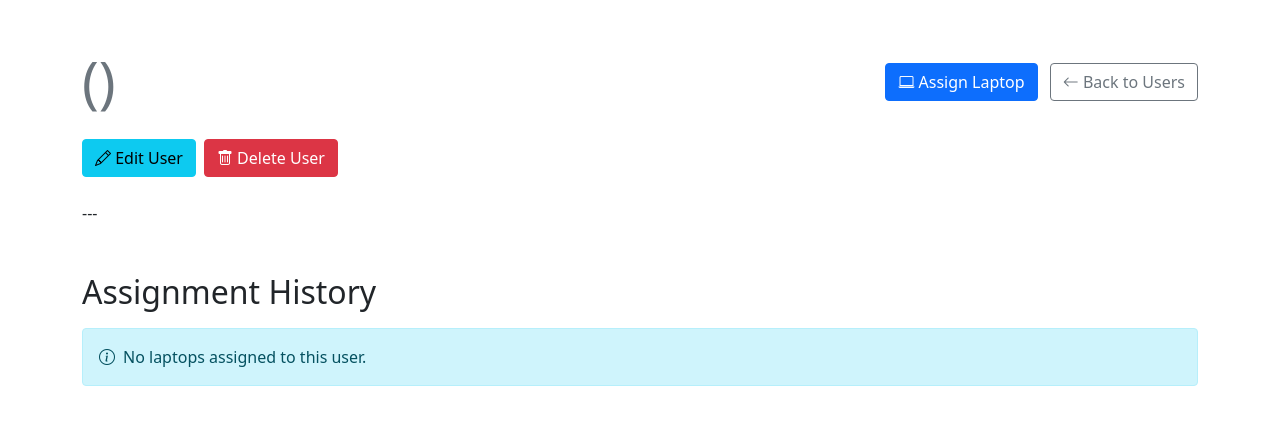
Repository: RishabhSpark/asset-management
Page: app/templates/user_detail.html
An editor plug-in stored every save of this project. The page is shown before and after the next save, followed by the edit.
The browser window is 1280 px wide. The pictures show the whole page.
The page is served by the project's application, run on Flask 3 (app/main.py). Other server files are loaded and not shown. The template is opened directly, without the code that normally fills it, so the values that code supplies are empty.

Above is the page before, as saved 2025-06-11 16:53:36.

### app/templates/user_detail.html
<!DOCTYPE html>
<html lang="en">
  <head>
    <meta charset="UTF-8" />
    <meta name="viewport" content="width=device-width, initial-scale=1.0" />
    <title>User Details</title>
    <link
      href="https://cdn.jsdelivr.net/npm/bootstrap@5.0.2/dist/css/bootstrap.min.css"
      rel="stylesheet"
      integrity="sha384-EVSTQN3/azprG1Anm3QDgpJLIm9Nao0Yz1ztcQTwFspd3yD65VohhpuuCOmLASjC"
      crossorigin="anonymous"
    />
    <link
      href="https://cdn.jsdelivr.net/npm/bootstrap-icons@1.5.0/font/bootstrap-icons.css"
      rel="stylesheet"
    />
  </head>
  <body>
    <div class="container mt-5">
      <div class="d-flex justify-content-between align-items-center mb-4">
        <h1 class="display-4 mb-0">
          {{ user.name }} <span class="text-muted">({{ user.email }})</span>
        </h1>
        <div>
          <a href="{{ url_for('assign_laptop') }}" class="btn btn-primary me-2">
            <i class="bi bi-laptop"></i> Assign Laptop
          </a>
          <a href="{{ url_for('users') }}" class="btn btn-outline-secondary">
            <i class="bi bi-arrow-left"></i> Back to Users
          </a>
        </div>
      </div>

      <div class="d-flex mb-4">
        <a
          href="{{ url_for('edit_user', user_id=user.id) }}"
          class="btn btn-info me-2"
        >
          <i class="bi bi-pencil"></i> Edit User
        </a>
        <form
          method="post"
          action="{{ url_for('delete_user_route', user_id=user.id) }}"
          class="d-inline"
        >
          <button
            type="submit"
            class="btn btn-danger"
            onclick="return confirm('Are you sure you want to delete this user? This action cannot be undone.');"
          >
            <i class="bi bi-trash"></i> Delete User
          </button>
        </form>
      </div>

      ---

      <h2 class="mt-5 mb-3">Assignment History</h2>
      {% if assignments %}
      <div class="list-group shadow-sm mb-4">
        {% for assignment in assignments %}
        <div
          class="list-group-item d-flex flex-column flex-md-row justify-content-between align-items-start align-items-md-center"
        >
          <div class="flex-grow-1 mb-2 mb-md-0">
            <p class="fw-bold mb-1">
              <i class="bi bi-laptop-fill me-2"></i>Laptop ID:
              <span class="text-primary">{{ assignment.laptop_item_id }}</span>
              {% if assignment.laptop_item %} (<span class="text-secondary"
                >{{ assignment.laptop_item.laptop_model }}</span
              >
              -
              <span class="text-muted"
                >{{ assignment.laptop_item.laptop_serial_number }}</span
              >){% endif %}
            </p>
            <small class="text-muted d-block"
              ><i class="bi bi-calendar-event me-1"></i>Assigned at: {{
              assignment.assigned_at }}</small
            >
            {% if assignment.unassigned_at %}
            <small class="text-muted d-block"
              ><i class="bi bi-calendar-x me-1"></i>Unassigned at: {{
              assignment.unassigned_at }}</small
            >
            {% endif %}
          </div>
          <div class="btn-group" role="group" aria-label="Assignment Actions">
            <form
              method="post"
              action="{{ url_for('unassign_laptop_route', assignment_id=assignment.id) }}"
              class="d-inline"
            >
              <button type="submit" class="btn btn-sm btn-warning me-1">
                <i class="bi bi-arrow-bar-left"></i> Unassign
              </button>
            </form>
            {% if not assignment.unassigned_at %}
            <form
              method="get"
              action="{{ url_for('replace_device', assignment_id=assignment.id) }}"
              class="d-inline"
            >
              <button type="submit" class="btn btn-sm btn-secondary">
                <i class="bi bi-arrow-repeat"></i> Replace Device
              </button>
            </form>
            {% endif %}
          </div>
        </div>
        {% endfor %}
      </div>
      {% else %}
      <div class="alert alert-info" role="alert">
        <i class="bi bi-info-circle me-2"></i>No laptops assigned to this user.
      </div>
      {% endif %}
    </div>

    <script
      src="https://cdn.jsdelivr.net/npm/bootstrap@5.0.2/dist/js/bootstrap.bundle.min.js"
      integrity="sha384-MrcW6ZMFYlzcLA8Nl+NtUVF0sA7MsXsP1UyJoMp4YLEuNSfAP+JcXn/tWtIaxVXM"
      crossorigin="anonymous"
    ></script>
  </body>
</html>

### db/database.py
from sqlalchemy import create_engine, Column, Integer, String, Float, ForeignKey, Boolean
from sqlalchemy.ext.declarative import declarative_base
from sqlalchemy.orm import relationship, sessionmaker
import os

Base = declarative_base()
DATABASE_URL = "sqlite:///invoices_database.db"

engine = create_engine(DATABASE_URL, echo=True)
SessionLocal = sessionmaker(bind=engine)

class LaptopInvoice(Base):
    __tablename__ = "laptop_invoices"

    id = Column(Integer, primary_key=True, index=True)
    invoice_number = Column(String, index=True)
    order_date = Column(String)
    invoice_date = Column(String)
    order_number = Column(String)
    supplier_name = Column(String)
    # Relationship to laptop items
    items = relationship("LaptopItem", cascade="all, delete-orphan", backref="invoice")

class LaptopItem(Base):
    __tablename__ = "laptop_items"
    id = Column(Integer, primary_key=True, index=True)
    invoice_id = Column(Integer, ForeignKey("laptop_invoices.id"))
    laptop_model = Column(String)
    processor = Column(String)
    ram = Column(String)
    storage = Column(String)
    model_color = Column(String)
    screen_size = Column(String)
    laptop_os = Column(String)
    laptop_os_version = Column(String)
    laptop_serial_number = Column(String, unique=True)
    warranty_duration = Column(Integer)
    laptop_price = Column(Float)
    created_at = Column(String, default=None)
    warranty_expiry = Column(String, nullable=True)
    is_retired = Column(Boolean, default=False)
    is_active = Column(Boolean, default=True)

class User(Base):
    __tablename__ = "users"
    id = Column(Integer, primary_key=True, index=True)
    name = Column(String, nullable=False)
    email = Column(String, unique=True, index=True, nullable=False)
    is_active = Column(Boolean, default=True)
    # Relationship to assignments
    assignments = relationship("LaptopAssignment", cascade="all, delete-orphan", backref="user")

class LaptopAssignment(Base):
    __tablename__ = "laptop_assignments"
    id = Column(Integer, primary_key=True, index=True)
    laptop_item_id = Column(Integer, ForeignKey("laptop_items.id"))
    user_id = Column(Integer, ForeignKey("users.id"))
    assigned_at = Column(String)
    unassigned_at = Column(String, nullable=True)

    laptop_item = relationship("LaptopItem", backref="assignments")

class MaintenanceLog(Base):
    __tablename__ = "maintenance_logs"
    id = Column(Integer, primary_key=True, index=True)
    laptop_item_id = Column(Integer, ForeignKey("laptop_items.id"))
    date = Column(String)
    description = Column(String)
    performed_by = Column(String)
    laptop_item = relationship("LaptopItem", backref="maintenance_logs")

def init_db():
    if not os.path.exists("laptop_database.db"):
        Base.metadata.create_all(bind=engine)
    # Always check and create new tables if needed
    Base.metadata.create_all(bind=engine)

Loaded but not shown: app/main.py (563 lines, source omitted)

After the next save:
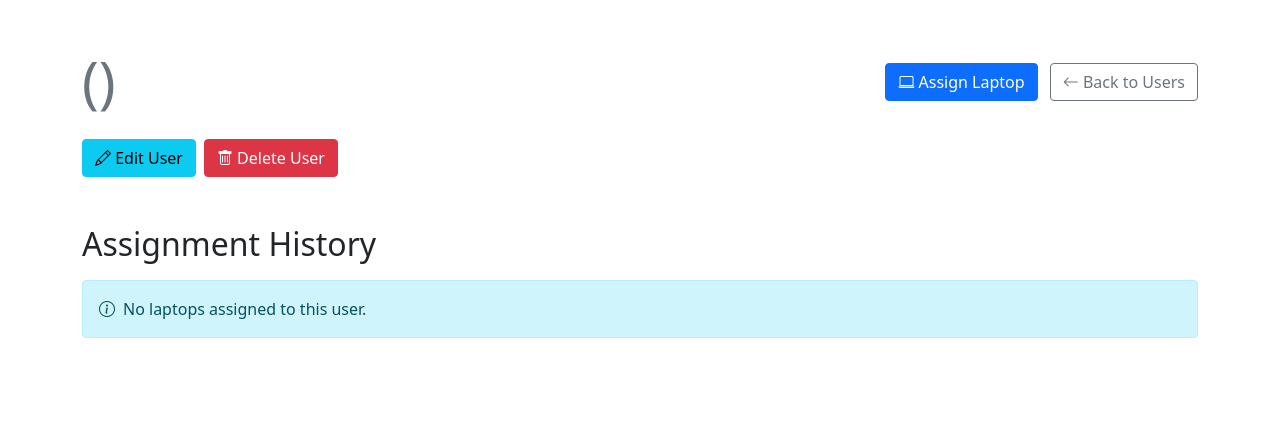
Saved 41 s later.
--- a/app/templates/user_detail.html
+++ b/app/templates/user_detail.html
@@ -52,8 +52,6 @@
           </button>
         </form>
       </div>
-
-      ---
 
       <h2 class="mt-5 mb-3">Assignment History</h2>
       {% if assignments %}
